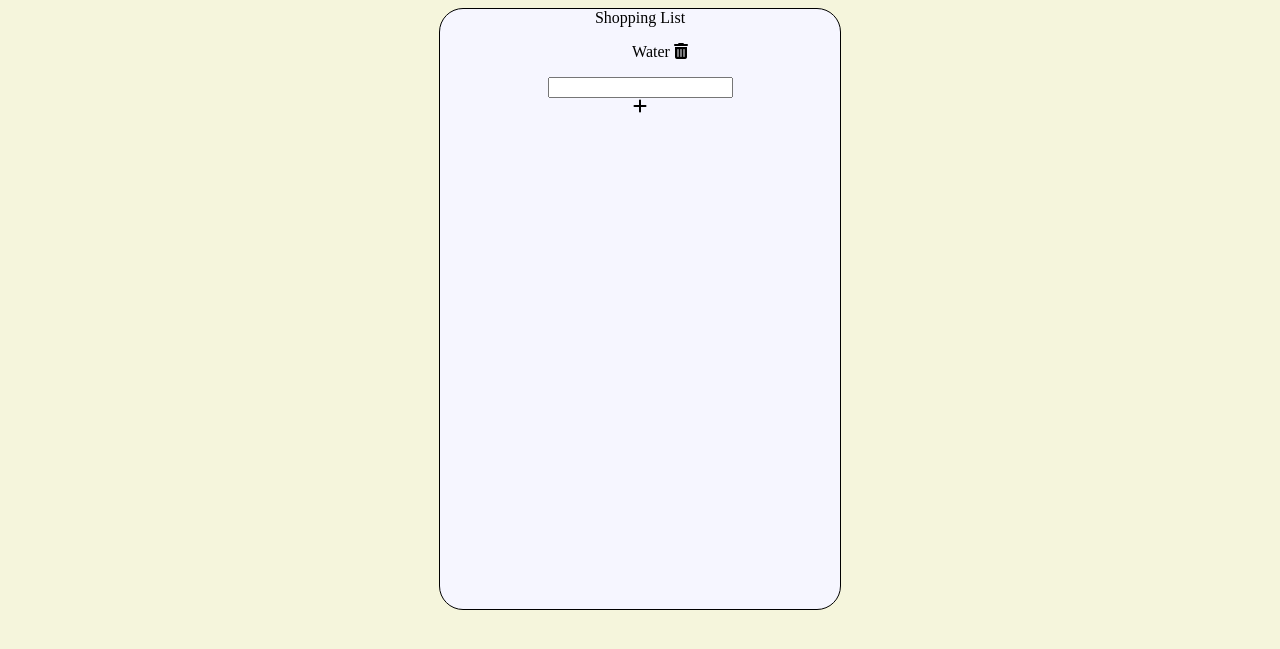
Repository: keehoonjung/Shopping-list
Page: index.html
An editor plug-in stored every save of this project. The page is shown before and after a run of saves, followed by the edit.
The browser window is 1280 px wide. The pictures show the whole page.
Some web libraries are served in a nearby version.

Above is the page before, as saved 2021-08-07 17:21:47.

After the next 2 saves:
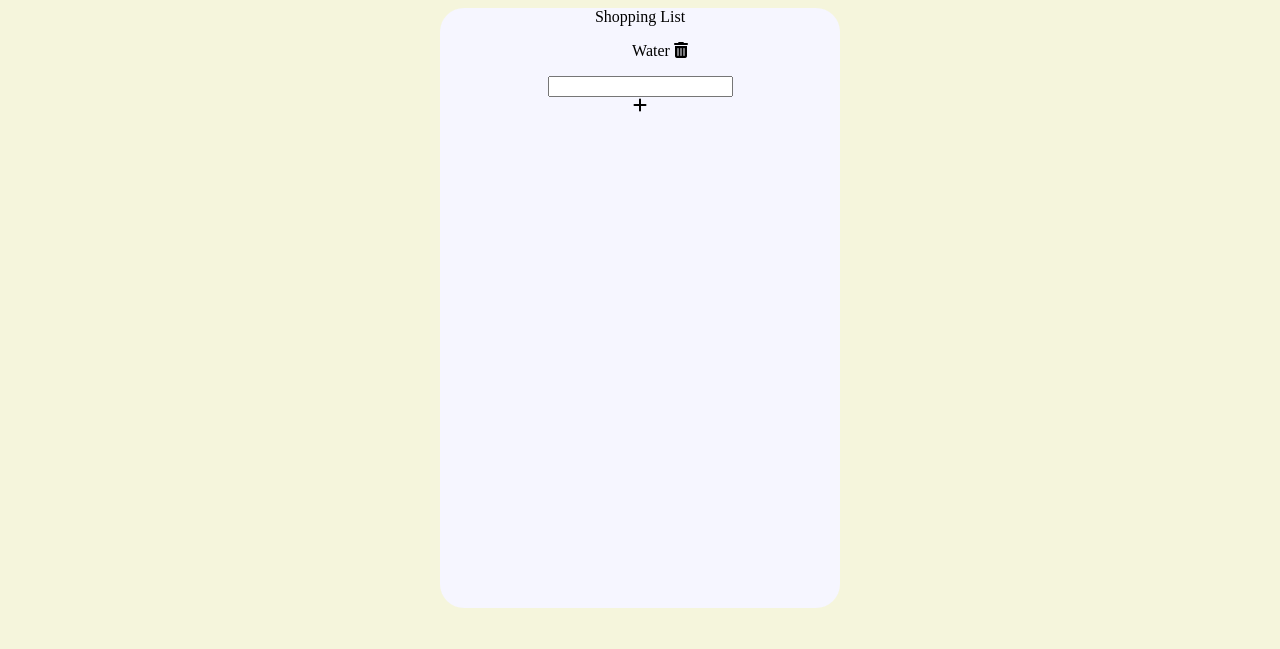
The 2 saves are shown as one change because they came seconds apart.
The last was saved 13 s later.
--- a/style.css
+++ b/style.css
@@ -12,6 +12,7 @@
   background-color: rgb(246, 246, 255);
   height: 600px;
   width: 400px;
+  top:40px
   border: 1px solid;
   border-radius: 24px;
 }

After the save that followed:
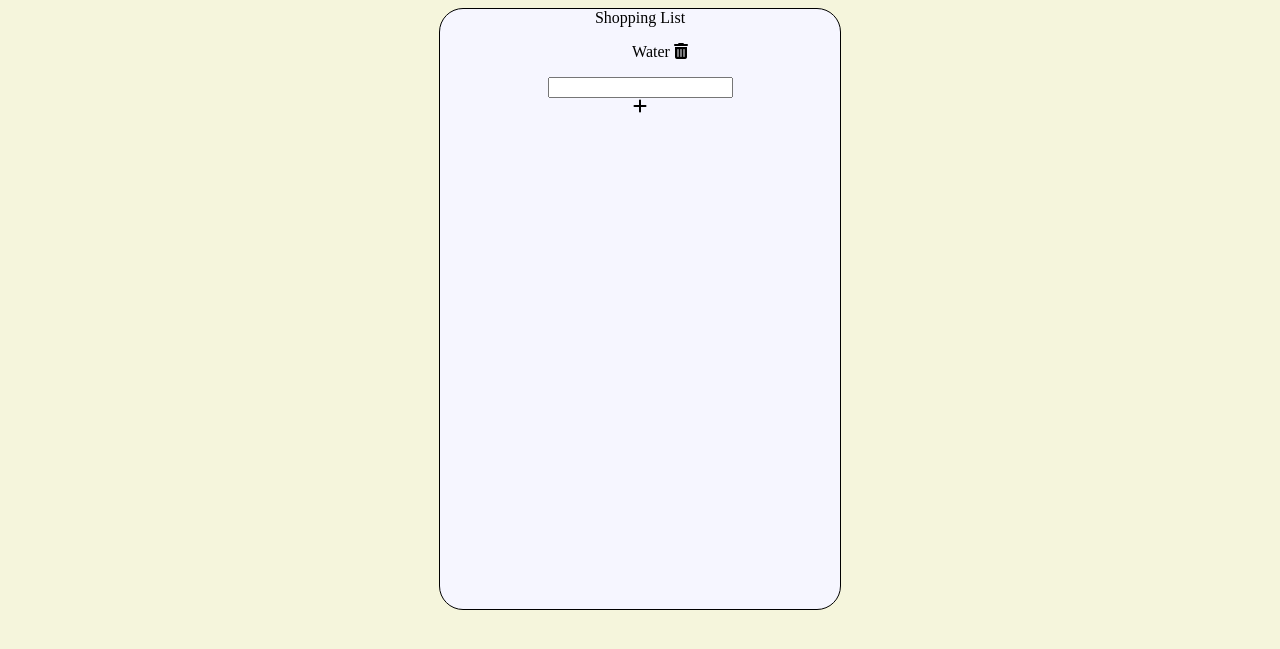
Saved 4 s later.
--- a/style.css
+++ b/style.css
@@ -12,7 +12,7 @@
   background-color: rgb(246, 246, 255);
   height: 600px;
   width: 400px;
-  top:40px
+  top: 40px;
   border: 1px solid;
   border-radius: 24px;
 }
